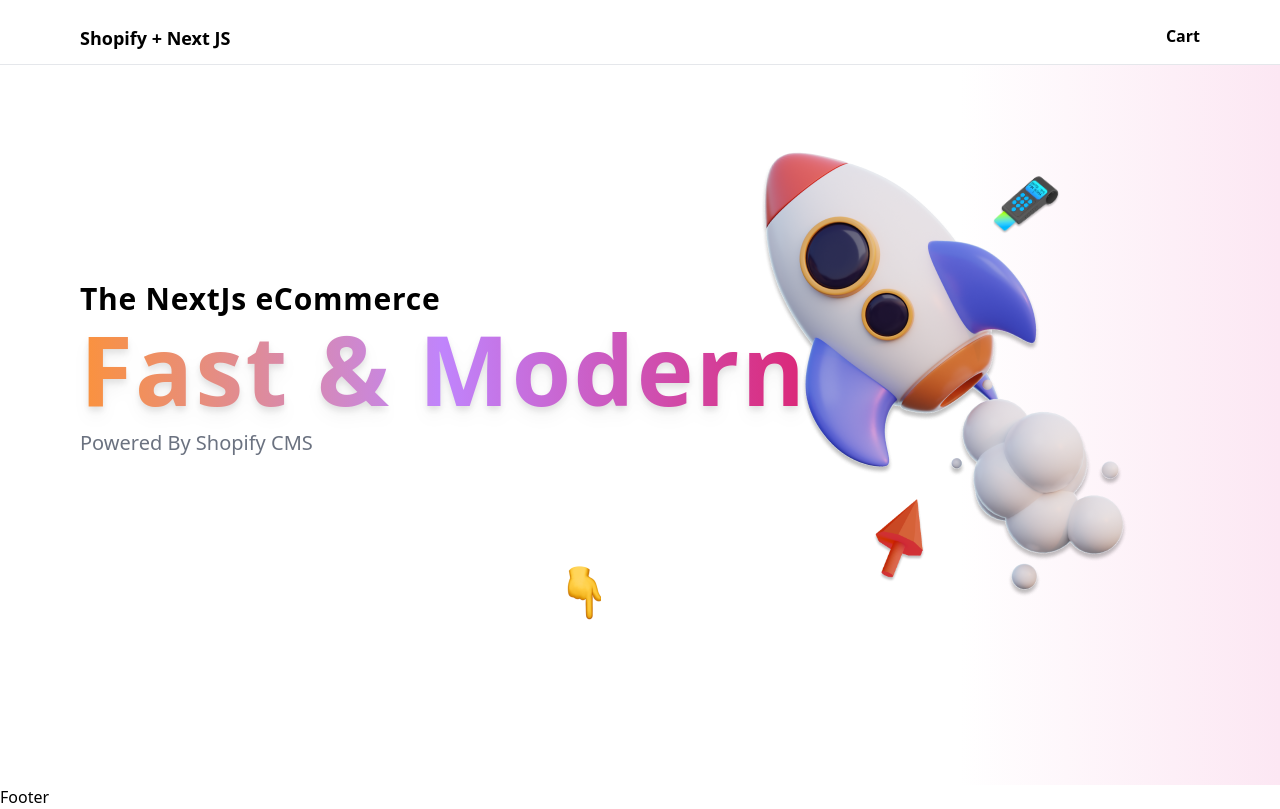
Repository: Krishna-bansall/store
Page: /
These files come from the project's save history. The page is drawn as it stood at one moment and after the next save; the edit follows.
The browser window is 1280 px wide. The pictures show the whole page.
Pictures or frames that could not be fetched are drawn as grey boxes. The project was rebuilt for these pictures with package versions that can differ from the ones it lists, and the page was loaded fresh each time. The framework's server and built-in components were replaced by stand-ins that run in the browser. Also part of the build but not shown: next.config.js, utils/helpers.js, components/ProductCard.js, components/ProductList.js.

Above is the page before, as saved 2022-04-10 18:16:29.

### pages/_app.tsx
import '../styles/globals.css'
import Layout from '../components/Layout'
import type { AppProps } from 'next/app'

function MyApp({ Component, pageProps }: AppProps) {
  return (
          <Layout>
            <Component {...pageProps} />
          </Layout>
    )
}

export default MyApp

### pages/index.js
// import { getProductInCollection, getProduct } from '../lib/shopify'
import ProductList from '../components/ProductList'
import HeroSection from '../components/HeroSection'

const Home = ({ products }) => {
  return (
    <div className="">
      <HeroSection />
      {/* <ProductList product={products} />{' '} */}
    </div>
  )
}
// export async function getStaticProps() {
//   const products = await getProductInCollection()

//   return {
//     props: { products }, // will be passed to the page component as props
//   }
// }

export default Home

### components/Layout.js
import React, { children } from 'react'
import Nav from './Nav'
import { AnimatePresence } from 'framer-motion'

function Layout({ children }) {
  return (
    <div className="flex flex-col justify-between">
      <Nav />
      <AnimatePresence exitBeforeEnter>
        <div className="overflow-hidden">
          <main>{children}</main>
          <footer>Footer</footer>
        </div>
      </AnimatePresence>
    </div>
  )
}

export default Layout

### components/HeroSection.js
import { motion } from 'framer-motion'
import Link from 'next/link'
import Image from 'next/image'
import rocket from '../public/images/rocket.png'
import machine from '../public/images/machine.png'
import cursor from '../public/images/cursor.png'
import down from '../public/images/down.png'

function HeroSection() {
  return (
    <motion.div
      exit={{ opacity: 0 }}
      className="relative grid h-screen grid-cols-2 bg-white"
    >
      <div
        className="z-10 col-span-2 grid max-h-screen grid-cols-[1fr_3fr_1fr] grid-rows-[3fr_2fr_3fr]
      px-4 py-20 md:grid-cols-[2fr_1fr] md:grid-rows-[1fr_2fr_2fr] md:px-20"
      >
        <div className="col-start-2 row-start-2 flex h-full items-center justify-center text-center md:col-start-1 md:justify-start md:text-left">
          <div className="absolute -translate-y-1/2 md:translate-y-0">
            <h3 className="mb-1 max-w-xl text-lg font-semibold tracking-wide md:text-2xl lg:text-3xl 2xl:text-5xl">
              The NextJs eCommerce
            </h3>
            <h1
              className="mb-3 max-w-full bg-gradient-to-r from-orange-400 via-purple-400 to-pink-600 bg-clip-text
          text-4xl font-black text-transparent drop-shadow-lg md:text-6xl md:tracking-wide lg:text-8xl 2xl:text-9xl"
            >
              Fast & Modern
            </h1>
            <p className="text-sm text-gray-500 md:text-xl 2xl:text-3xl">
              Powered By Shopify CMS
            </p>
          </div>
        </div>

        <div className="col-start-3 flex justify-start md:col-start-2 md:justify-center">
          <div className="flex w-full items-end md:w-[clamp(3rem,7rem,10rem)] xl:ml-6">
            <Image className="" src={machine} alt="Machine" />
          </div>
        </div>

        <div className="col-start-2 row-start-1 hidden items-start md:visible md:row-start-2 md:grid ">
          <div className="absolute grid max-w-xs self-center justify-self-end lg:max-w-full">
            <Image className="" src={rocket} alt="Rocket" />
          </div>
        </div>

        <div className="visible  col-start-2 row-start-1 flex items-end justify-center md:hidden">
          <div className="flex w-40 items-end">
            <Image className="-rotate-90 " src={rocket} alt="Rocket" />
          </div>
        </div>

        <div className="col-start-3 row-start-2 grid md:col-start-2 md:row-start-3">
          <div className="flex items-start md:w-[clamp(3rem,7rem,10rem)] xl:ml-6">
            <Image
              className="-rotate-45 md:rotate-0"
              src={cursor}
              alt="Cursor"
            />
          </div>
        </div>
        <div className="col-start-2 row-start-3 flex items-center justify-center md:col-start-1">
          <div className="w-10 cursor-pointer md:ml-28 lg:ml-64">
            <Link href={'products'}>
              <Image src={down} alt="down" />
            </Link>
          </div>
        </div>
      </div>

      <div
        className="absolute col-start-2 h-full w-full bg-gradient-to-bl from-pink-100
         via-white to-transparent md:bg-gradient-to-l"
      ></div>
    </motion.div>
  )
}

export default HeroSection

### components/Nav.js
import React from 'react'
import Link from 'next/link'
export default function Nav() {
  return (
    <header className="sticky top-0 z-20 border-b  backdrop-blur-md">
      <div className="item-center flex max-w-6xl justify-between px-4 pt-6 pb-3 md:px-20 lg:max-w-full">
        <Link href="/" passHref>
          <a className="cursor-pointer">
            <span className="pt-1 text-lg font-bold 2xl:text-3xl">
              Shopify + Next JS
            </span>
          </a>
        </Link>
        <a className="text-medium cursor pointer font-bold 2xl:text-2xl">
          Cart
        </a>
      </div>
    </header>
  )
}

Loaded but not shown: styles/globals.css (common file); tailwind.config.js (common file)

After the next save:
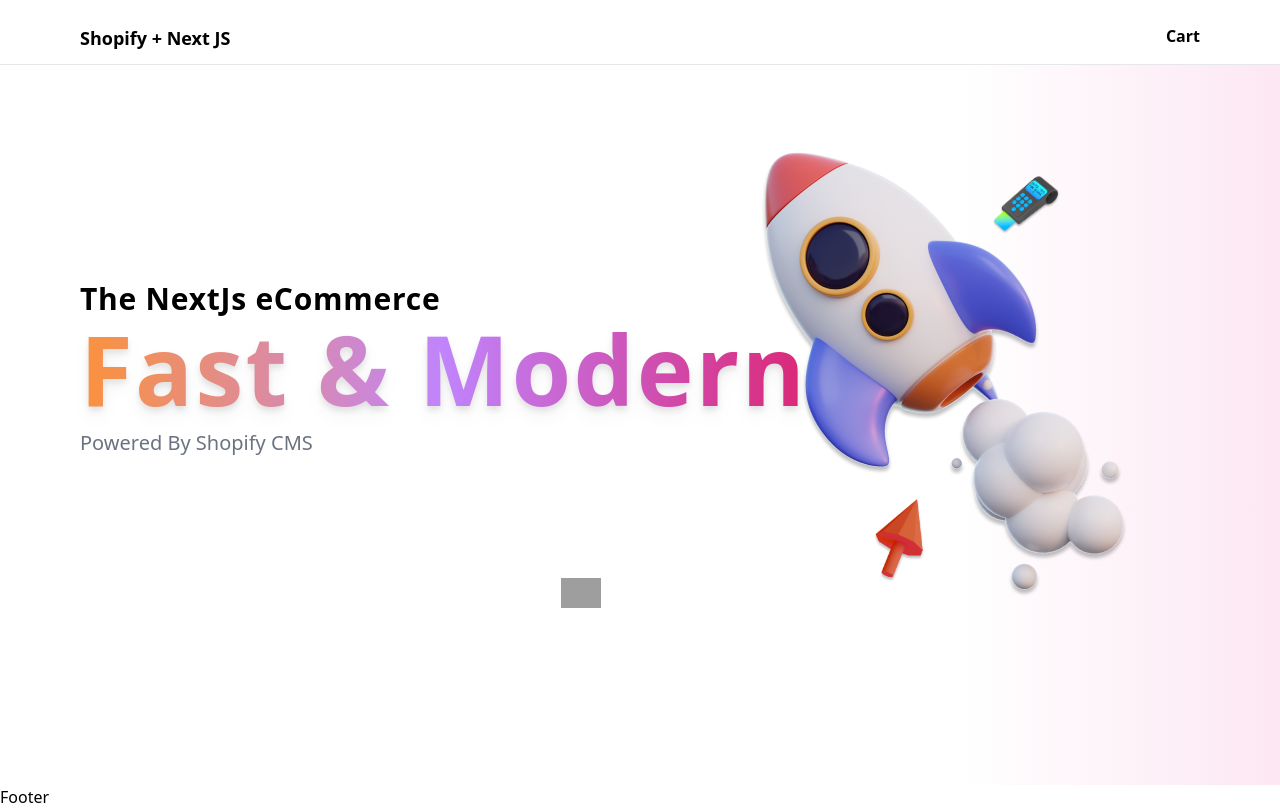
Saved 100 s later.
--- a/components/HeroSection.js
+++ b/components/HeroSection.js
@@ -63,7 +63,15 @@
         <div className="col-start-2 row-start-3 flex items-center justify-center md:col-start-1">
           <div className="w-10 cursor-pointer md:ml-28 lg:ml-64">
             <Link href={'products'}>
-              <Image src={down} alt="down" />
+              <motion.img
+                whileHover={{
+                  scale: 1.2,
+                  transition: { duration: 1 },
+                }}
+                whileTap={{ scale: 0.9 }}
+                src={down}
+                alt="down"
+              />
             </Link>
           </div>
         </div>
